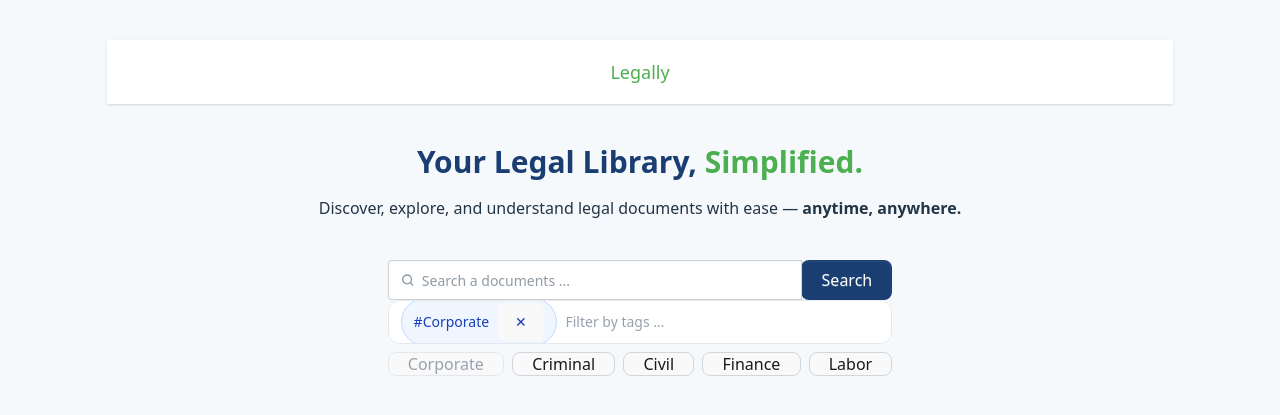
Repository: OdinPie/legal-search-acmeai
Page: / (app in legal-frontend/), after clicking the first element matching `button.btn-xs`
These files come from the project's save history. The page is drawn as it stood at one moment and after the next save; the edit follows.
The browser window is 1280 px wide. The pictures show the whole page.
The project was rebuilt for these pictures with package versions that can differ from the ones it lists, and the page was loaded fresh each time. Also part of the build but not shown: legal-frontend/vite.config.js.

Above is the page before, as saved 2025-11-05 22:56:15.

After the next save:
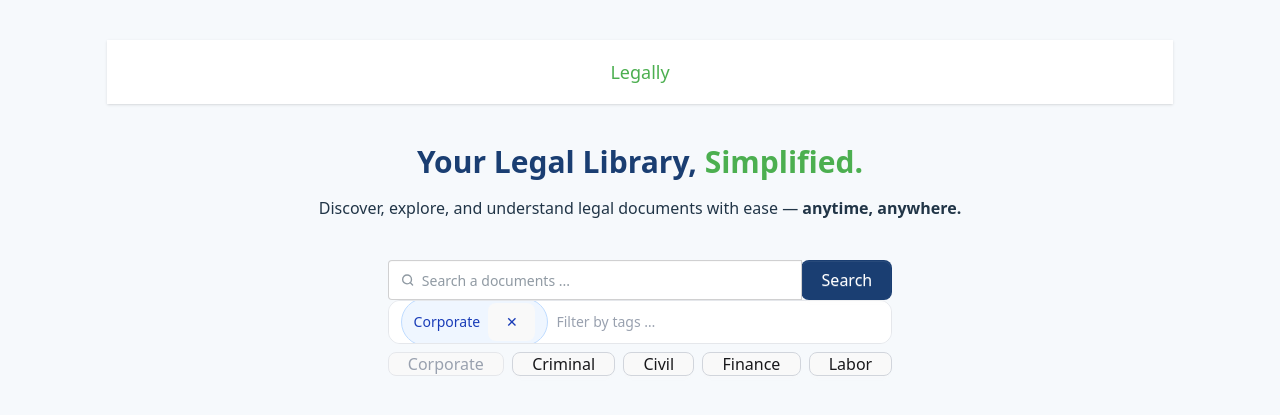
Saved 10 s later.
--- a/legal-frontend/src/components/TagBar.jsx
+++ b/legal-frontend/src/components/TagBar.jsx
@@ -43,7 +43,7 @@ export default function TagBar({ value = [], onChange }) {
             key={tag}
             className="inline-flex items-center gap-1 rounded-full bg-blue-50 text-blue-800 border border-blue-200 px-3 py-1 text-sm"
           >
-            #{tag}
+            {tag}
             <button
               aria-label={`Remove ${tag}`}
               onClick={() => removeTag(tag)}
